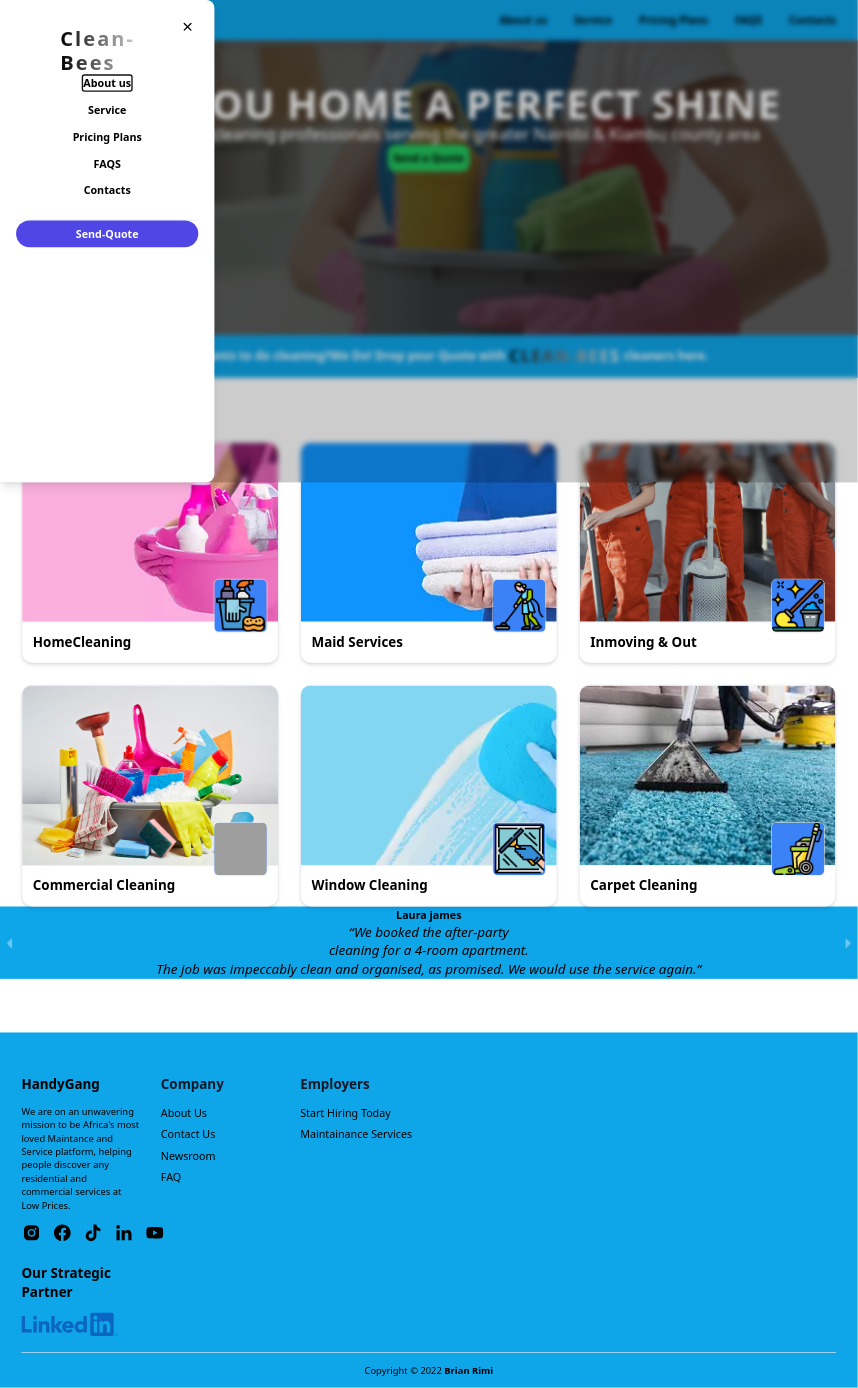
Repository: remydev47/cleanbees
Page: /
An editor plug-in stored every save of this project. The page is shown before and after the next save, followed by the edit.
The browser window is 1280 px wide. The pictures show the whole page, at 67% of full size.
Pictures or frames that could not be fetched are drawn as grey boxes. The project was rebuilt for these pictures with package versions that can differ from the ones it lists, and the page was loaded fresh each time. The framework's server and built-in components were replaced by stand-ins that run in the browser. Also part of the build but not shown: next.config.js.

Above is the page before, as saved 2022-09-19 12:38:24.

After the next save:
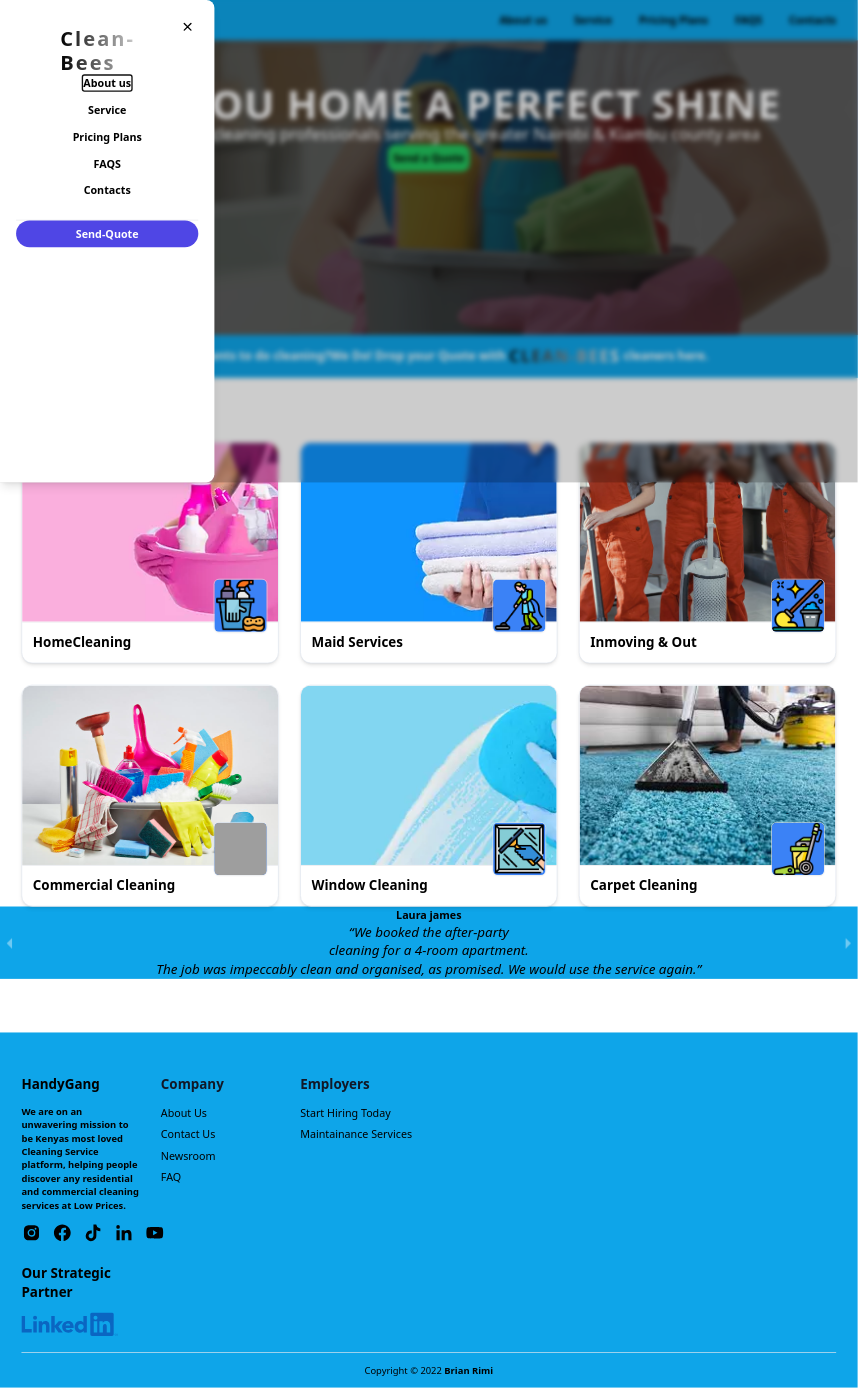
Saved 53 s later.
--- a/components/Footer.tsx
+++ b/components/Footer.tsx
@@ -56,9 +56,9 @@ const footerNav = {
           <div className="grid grid-cols-1 gap-y-6 gap-x-6 md:!grid-cols-6 md:gap-8 xs:grid-cols-2">
             <div className="mb-4  flex flex-col xs:col-span-2">
               <span className="text-xl font-bold capitalize">HandyGang</span>
-              <p className="mt-4 max-w-screen-xs text-sm">
-                We are on an unwavering mission to be Africa's most loved Maintance and Service
-                platform, helping people discover any residential and commercial services at Low Prices.
+              <p className="mt-4 max-w-screen-xs text-sm font-semibold">
+                We are on an unwavering mission to be Kenyas most loved Cleaning Service
+                platform, helping people discover any residential and commercial cleaning services at Low Prices.
               </p>
               <ul
                 id="social-media-links"
